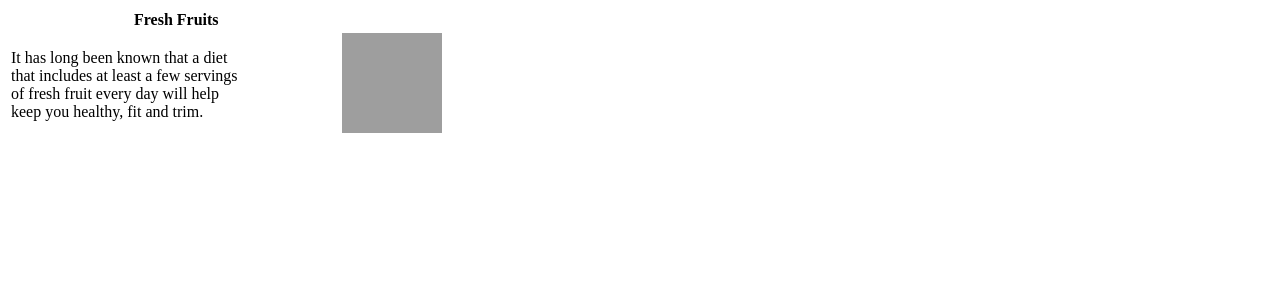
Repository: Helianthusss/Learn-CPP
Page: HTML/lap2/bai1.html
The author's editor kept a copy of each file at every save. The page is drawn from the files as they stood at one save, then again after the next save.
The browser window is 1280 px wide. The pictures show the whole page.
Pictures or frames that could not be fetched are drawn as grey boxes.

Above is the page before, as saved 2021-09-22 10:28:51.

### HTML/lap2/bai1.html
<!DOCTYPE html>
<html lang="en">
  <head>
    <meta charset="UTF-8" />
    <meta http-equiv="X-UA-Compatible" content="IE=edge" />
    <meta name="viewport" content="width=device-width, initial-scale=1.0" />
    <title>FreshFruits</title>
    <style>
      .img {
        position: relative;

        left: 100px;
      }
    </style>
  </head>
  <body>
    <table>
      <tr>
        <th colspan="2">Fresh Fruits</th>
      </tr>
      <tr>
        <td>
          It has long been known that a diet<br />
          that includes at least a few servings<br />
          of fresh fruit every day will help<br />
          keep you healthy, fit and trim.<br />
        </td>
        <td>
          <img
            class="img"
            src="https://img.lovepik.com/element/40111/3411.png_860.png"
            alt="Fruits"
            width="100"
            height="100"
          />
        </td>
      </tr>
    </table>
  </body>
</html>

After the next save:
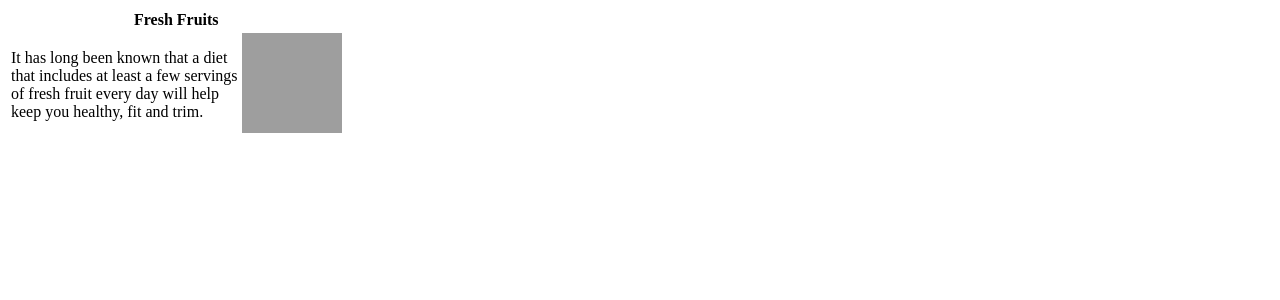
Saved 16 s later.
--- a/HTML/lap2/bai1.html
+++ b/HTML/lap2/bai1.html
@@ -5,13 +5,7 @@
     <meta http-equiv="X-UA-Compatible" content="IE=edge" />
     <meta name="viewport" content="width=device-width, initial-scale=1.0" />
     <title>FreshFruits</title>
-    <style>
-      .img {
-        position: relative;
-
-        left: 100px;
-      }
-    </style>
+    <style></style>
   </head>
   <body>
     <table>
